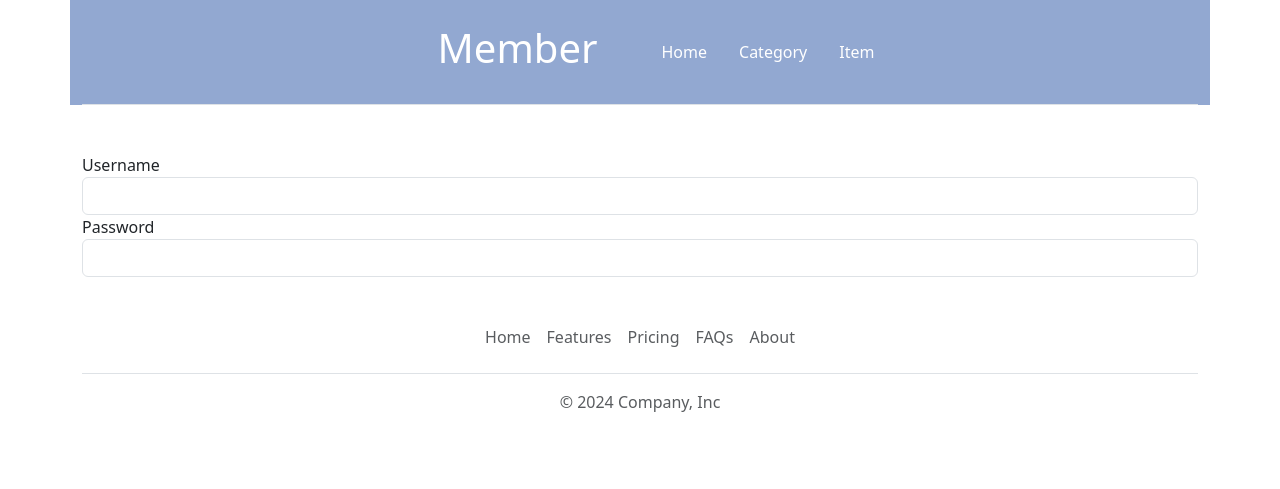
Repository: nyeinsu4520/coursera-test
Page: http://localhost/login
The author's editor kept a copy of each file at every save. The page is drawn from the files as they stood at one save, then again after the next save.
The browser window is 1280 px wide. The pictures show the whole page.
Some web fonts or font styles are not loaded; a fallback is used. The page is this project's Thymeleaf template; nobody is signed in. The template is opened directly, without the code that normally fills it, so the values that code supplies are empty.

Above is the page before, as saved 2024-05-31 03:07:27.

### BookLink/src/main/resources/templates/login.html
<!DOCTYPE html>
<html xmlns:th="www.thymeleaf.org">
<head>
<meta charset="ISO-8859-1">
<title>Home Page</title>
<link rel="stylesheet" href="/bootstrap/css/bootstrap.min.css">
<script type="text/javascript" src="bootstrap/js/bootstrap.bundle.min.js"></script>

</head>
<body>

 <div th:replace="fragment/header1"></div>

  <main>
  <div class="container mt-5">

  	<main>
  	<form>
	<label>Username</label>
	<input type="text" class="form-control">
	<label>Password</label>
	<input type="password" class="form-control">
  	</form>
  	</main>

  </div>
  </main>

 <div th:replace="fragment/footer"></div>

</body>
</html>

### BookLink/src/main/resources/templates/fragment/header1.html
<!DOCTYPE html>
<html>
<head>
<meta charset="ISO-8859-1">
<title>Insert title here</title>

<link rel="stylesheet" href="/bootstrap/css/bootstrap.min.css">
<script type="text/javascript" src="../static/bootstrap/js/bootstrap.bundle.min.js"></script>
<link rel="preconnect" href="https://fonts.googleapis.com">
<link rel="preconnect" href="https://fonts.gstatic.com" crossorigin>
<link href="https://fonts.googleapis.com/css2?family=Jersey+20&family=Jersey+25&family=Josefin+Sans:ital,wght@0,100..700;1,100..700&family=Noto+Sans+Myanmar:wght@100;200;300;400;500;600;700;800;900&family=Nunito+Sans:ital,opsz,wght@0,6..12,200..1000;1,6..12,200..1000&family=Padauk:wght@400;700&family=Platypi:ital,wght@0,300..800;1,300..800&family=Poppins:ital,wght@0,100;0,200;0,300;0,400;0,500;0,600;0,700;0,800;0,900;1,100;1,200;1,300;1,400;1,500;1,600;1,700;1,800;1,900&family=Roboto:ital,wght@0,100;0,300;0,400;0,500;0,700;0,900;1,100;1,300;1,400;1,500;1,700;1,900&display=swap" rel="stylesheet">
<style>
.navbar-purple {
    background-color: #92a8d1;;
}

.navbar-purple .nav-link {
    color: white !important;
}
</style>


</head>
<body>
<div class="container  navbar-purple">
    <header class="d-flex flex-wrap justify-content-center py-3 mb-4 border-bottom">
    <nav class="navbar">
     <h1 class="px-5 text-white">Member</h1>
      <ul class="nav nav-pills purple-nav-link">
        <li class="nav-item"><a href="/members" class="nav-link " aria-current="page">Home</a></li>
        <li class="nav-item"><a href="" class="nav-link">Category</a></li>
        <li class="nav-item"><a href="" class="nav-link">Item</a></li>
      </ul>
     </nav>
    </header>
  </div>
</body>
</html>

### BookLink/src/main/resources/templates/fragment/footer.html
<!DOCTYPE html>
<html>
<head>
<meta charset="ISO-8859-1">
<title>Insert title here</title>

<link rel="stylesheet" href="/bootstrap/css/bootstrap.min.css">
<script type="text/javascript" src="../static/bootstrap/js/bootstrap.bundle.min.js"></script>
<link rel="preconnect" href="https://fonts.googleapis.com">
<link rel="preconnect" href="https://fonts.gstatic.com" crossorigin>
<link href="https://fonts.googleapis.com/css2?family=Jersey+20&family=Jersey+25&family=Josefin+Sans:ital,wght@0,100..700;1,100..700&family=Noto+Sans+Myanmar:wght@100;200;300;400;500;600;700;800;900&family=Nunito+Sans:ital,opsz,wght@0,6..12,200..1000;1,6..12,200..1000&family=Padauk:wght@400;700&family=Platypi:ital,wght@0,300..800;1,300..800&family=Poppins:ital,wght@0,100;0,200;0,300;0,400;0,500;0,600;0,700;0,800;0,900;1,100;1,200;1,300;1,400;1,500;1,600;1,700;1,800;1,900&family=Roboto:ital,wght@0,100;0,300;0,400;0,500;0,700;0,900;1,100;1,300;1,400;1,500;1,700;1,900&display=swap" rel="stylesheet">

</head>
<body>


<div class="container">
  <footer class="py-3 my-4">
    <ul class="nav justify-content-center border-bottom pb-3 mb-3">
      <li class="nav-item"><a href="#" class="nav-link px-2 text-body-secondary">Home</a></li>
      <li class="nav-item"><a href="#" class="nav-link px-2 text-body-secondary">Features</a></li>
      <li class="nav-item"><a href="#" class="nav-link px-2 text-body-secondary">Pricing</a></li>
      <li class="nav-item"><a href="#" class="nav-link px-2 text-body-secondary">FAQs</a></li>
      <li class="nav-item"><a href="#" class="nav-link px-2 text-body-secondary">About</a></li>
    </ul>
    <p class="text-center text-body-secondary">&copy; 2024 Company, Inc</p>
  </footer>
</div>
</body>
</html>

Loaded but not shown: BookLink/src/main/resources/static/bootstrap/css/bootstrap.min.css (library); BookLink/src/main/resources/static/bootstrap/js/bootstrap.bundle.min.js (library)

After the next save:
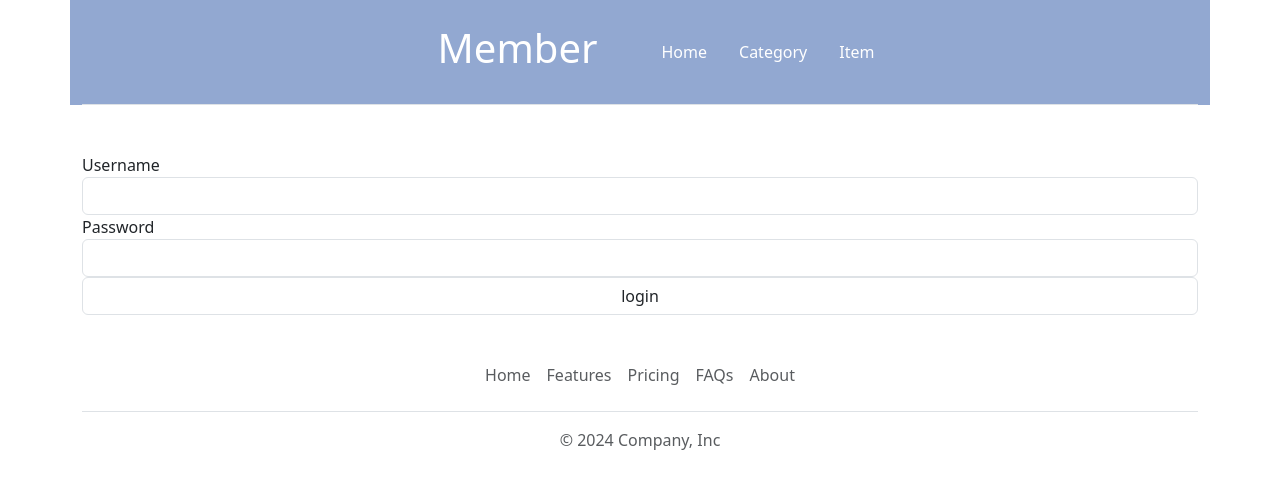
Saved 52 s later.
--- a/BookLink/src/main/resources/templates/login.html
+++ b/BookLink/src/main/resources/templates/login.html
@@ -20,6 +20,7 @@
 	<input type="text" class="form-control">
 	<label>Password</label>
 	<input type="password" class="form-control">
+	<input type="submit" class="form-control" value="login" >
   	</form>
   	</main>
 
